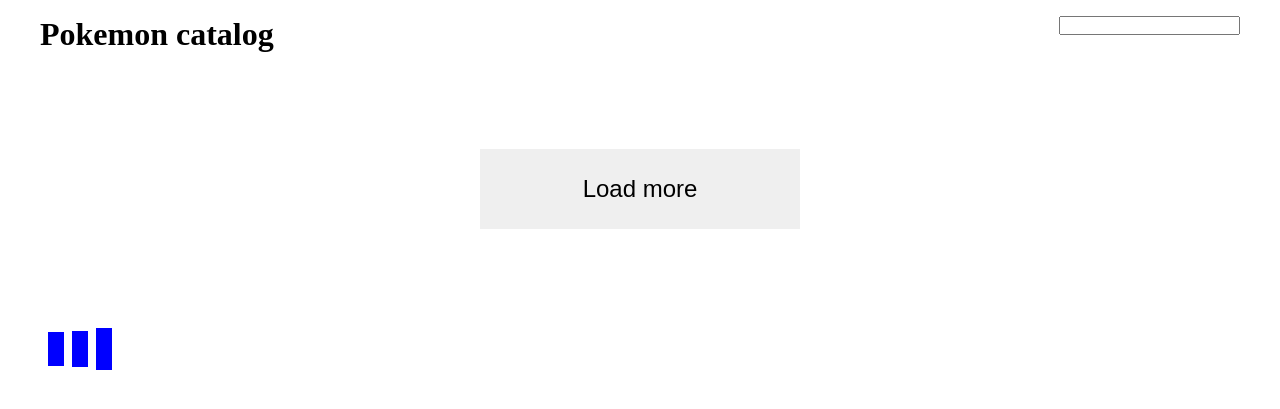
Repository: Ryszard-Penkala/pokemon-API
Page: index.html
The author's editor kept a copy of each file at every save. The page is drawn from the files as they stood at one save, then again after the next save.
The browser window is 1280 px wide. The pictures show the whole page.
The page's requests for data from a server got no answer.

Above is the page before, as saved 2020-06-28 07:55:14.

After the next save:
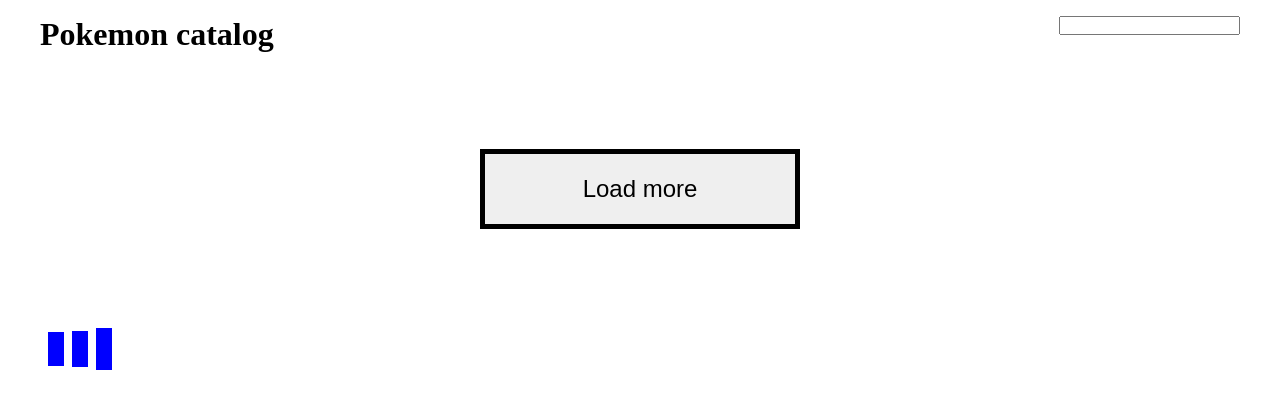
Saved 2 min 8 s later.
--- a/assets/styles/styles.css
+++ b/assets/styles/styles.css
@@ -59,8 +59,12 @@
   height: 5rem;
   width: 20rem;
   font-size: 24px;
-  border: none;
+  border: 5px solid;
   cursor: pointer;
+}
+
+.footer-main__load-button:hover{
+  color
 }
 
 
